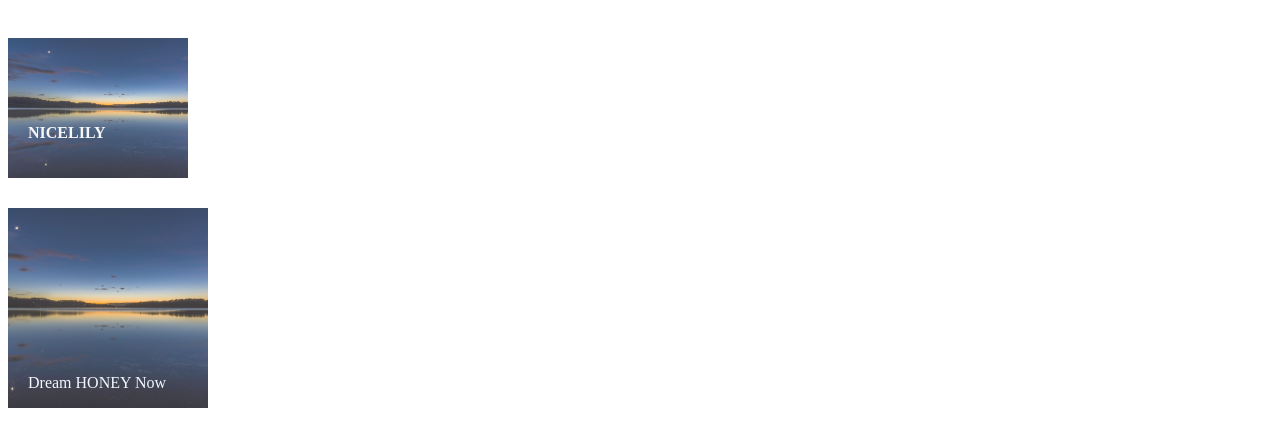
Repository: northpx/animation
Page: index.html
The author's editor kept a copy of each file at every save. The page is drawn from the files as they stood at one save, then again after a run of saves.
The browser window is 1280 px wide. The pictures show the whole page.
The pointer rests on the first visible `.container1`.

Above is the page before, as saved 2022-12-21 18:03:33.

After the next 2 saves:
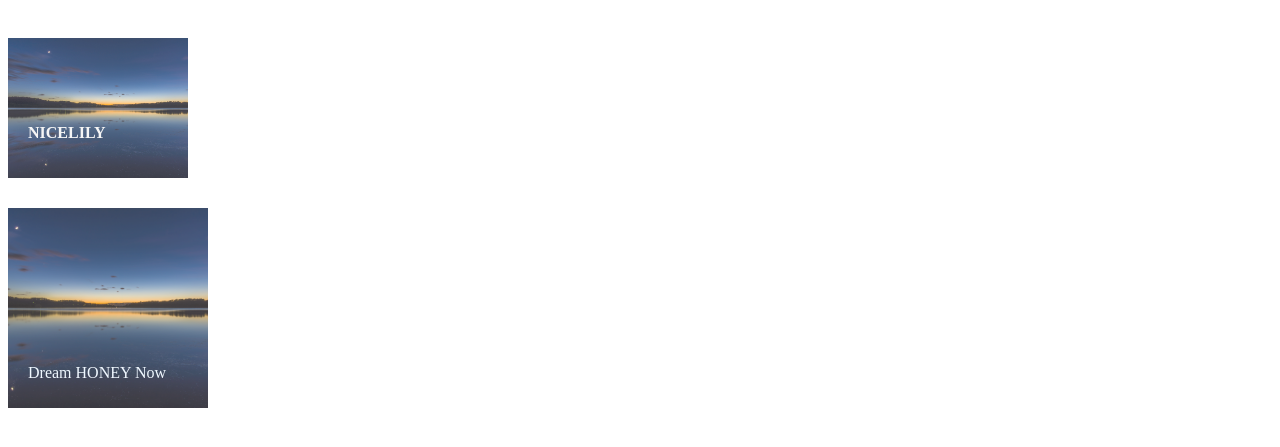
The 2 saves are shown as one change because they came seconds apart.
The last was saved 48 s later.
--- a/style.css
+++ b/style.css
@@ -178,7 +178,7 @@
 }
 
 .container1:hover .p3{
-    transform: translateY(20px);
+    transform: translateY(10px);
 }
 
 .container1:hover .p3 span{
